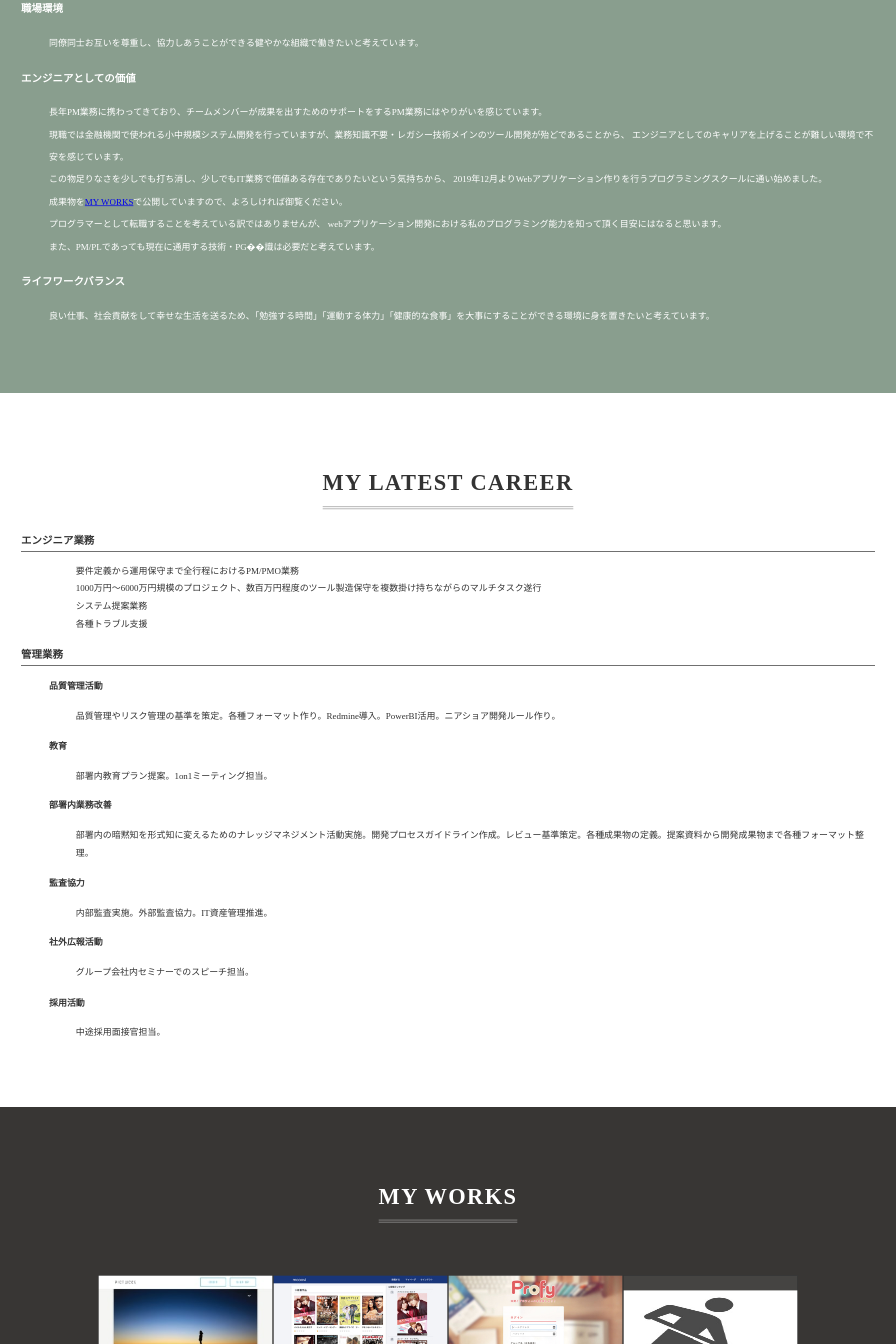
Repository: dackelteckel/myworks
Page: index.html
The author's editor kept a record of every edit. The page is drawn from the files as they stood at one moment, then again after the next edit.
The browser window is 1280 px wide. The pictures show the part of the page from y = 858 to 2778 px (the page is 3160 px tall before and 3192 px after), at 70% of full size.
Backgrounds fixed to the window are drawn as part of the page.

Above is the page before.

### index.html
<!DOCTYPE html>
<html>

<head>
  <meta charset="UTF-8">
  <title>Who I am...</title>
  <link rel="stylesheet" href="normalize.css">
  <link rel="stylesheet" href="style.css">
  <link rel="stylesheet" href="responsive.css">

  <!--<script type="text/javascript" charset="UTF-8">-->
  <!--  $('#contact-form').submit(function(event){-->
      <!--//submit実行を止める-->
  <!--    event.preventDefault();-->
  <!--    var $form = $(this);-->
  <!--    var $button = $form.find('.send-btn');-->
  <!--    $.ajax({-->
  <!--      url:$form.attr('action'),-->
  <!--      type:$form.attr('method'),-->
  <!--      data: $form.serialize(),-->
        <!--//10秒でタイムアウト-->
  <!--      timeout:10000,-->
        <!--//重複送信を避けるためにボタンを無効化-->
  <!--      beforeSend: function(xhr, settings) {-->
  <!--          $button.attr('disabled', true);-->
  <!--      },-->
        <!--//完了後ボタンを押せるように-->
  <!--      complete: function(xhr, textStatus) {-->
  <!--          $button.attr('disabled', false);-->
  <!--      }-->
  <!--    }).done(function(data, textStatus, jqXHR){-->
        <!--// 成功時の処理-->
        <!--//フォームを初期化-->
  <!--      $form[0].reset();-->
  <!--      $(".contact-result").text(data);-->
  <!--      $(".contact-result").slideToggle(200);-->
  <!--      $(".contact-result").delay(3000).slideToggle(200);-->
  <!--    }).fail(function(jqXHR, textStatus, errorThrown){-->
        <!--失敗時の処理-->
  <!--      $(".contact-result").text("エラーが発生しました。ステータス：" + jqXHR.status);-->
  <!--      $(".contact-result").slideToggle(200);-->
  <!--      $(".contact-result").delay(3000).slideToggle(200);-->
  <!--    });-->
  <!--  });-->
  <!--</script>-->
</head>

<body>
  <header class="header">
    <p class="site-title-sub">----- my portfolio -----</p>
    <h1 class="site-title">Who I am...</h1>
    <p class="site-description">check out my career and some of my works.</p>
    <div class="buttons">
      <a class="button" href="#reasons">WHAT I'M LOOKING FOR</a>
      <a class="button" href="#career">LATEST CAREER</a>
      <a class="button" href="#works">MY WORKS</a>
      <!--<a class="button button-orange" href="#contact">SEND MESSAGE</a>-->
      <a class="button button-orange" href="mailto:nrkktok@gmail.com">Drop Me a LINE</a>
    </div>
  </header>

  <section class="reasons" id="reasons">
    <h2 class="heading">3 REASONS WHY I'M LOOKING FOR A NEW JOB</h2>
    <dev class="reasons-text">
      <h3>職場環境</h3>
      <ul>
        <li>同僚同士お互いを尊重し、協力しあうことができる健やかな組織で働きたいと考えています。</li>
      </ul>
      <h3>エンジニアとしての価値</h3>
      <ul>
        <li>
          長年PM業務に携わってきており、チームメンバーが成果を出すためのサポートをするPM業務にはやりがいを感じています。
        </li>
        <li>
          現職では金融機関で使われる小中規模システム開発を行っていますが、業務知識不要・レガシー技術メインのツール開発が殆どであることから、
          エンジニアとしてのキャリアを上げることが難しい環境で不安を感じています。
        </li>
        <li>
          この物足りなさを少しでも打ち消し、少しでもIT業務で価値ある存在でありたいという気持ちから、
          2019年12月よりWebアプリケーション作りを行うプログラミングスクールに通い始めました。
        </li>
        <li>
          成果物を<a href="#works">MY WORKS</a>で公開していますので、よろしければ御覧ください。
        </li>
        <!--<li class="note">-->
        <li class="note">
          プログラマーとして転職することを考えている訳ではありませんが、
          webアプリケーション開発における私のプログラミング能力を知って頂く目安にはなると思います。<br>
          また、PM/PLであっても現在に通用する技術・PG��識は必要だと考えています。
        </li>
      </ul>
      <h3>ライフワークバランス</h3>
      <ul>
        <li>良い仕事、社会貢献をして幸せな生活を送るため、「勉強する時間」「運動する体力」「健康的な食事」を大事にすることができる環境に身を置きたいと考えています。</li>
      </ul>
    </dev>
  </section>

  <section class="career" id="career">
    <h2 class="heading">MY LATEST CAREER</h2>
    <dev class="career-text">
      <h3>エンジニア業務</h3>
      <ul>
        <li>要件定義から運用保守まで全行程におけるPM/PMO業務</li>
        <li>1000万円〜6000万円規模のプロジェクト、数百万円程度のツール製造保守を複数掛け持ちながらのマルチタスク遂行</li>
        <Li>システム提案業務</Li>
        <Li>各種トラブル支援</Li>
      </ul>
      <h3>管理業務</h3>
      <ul>
        <h4>品質管理活動</h4>
        <li>品質管理やリスク管理の基準を策定。各種フォーマット作り。Redmine導入。PowerBI活用。ニアショア開発ルール作り。</li>
        <h4>教育</h4>
        <li>部署内教育プラン提案。1on1ミーティング担当。</li>
        <h4>部署内業務改善</h4>
        <li>部署内の暗黙知を形式知に変えるためのナレッジマネジメント活動実施。開発プロセスガイドライン作成。レビュー基準策定。各種成果物の定義。提案資料から開発成果物まで各種フォーマット整理。</li>
        <h4>監査協力</h4>
        <li>内部監査実施。外部監査協力。IT資産管理推進。</li>
        <h4>社外広報活動</h4>
        <li>グループ会社内セミナーでのスピーチ担当。</li>
        <h4>採用活動</h4>
        <li>中途採用面接官担当。</li>
      </ul>
    </dev>
  </section>

  <section class="works" id="works">
    <h2 class="heading">MY WORKS</h2>
    <div class="works-wrapper">
      <div class="work-box">
        <a href="https://dackelteckelpictweet.herokuapp.com/" target="_blank" rel="noopener noreferrer"><img class="work-image" src="images/pictweet.jpg"></a>
        <div class="work-description">
          <p>Pictweet<p>
          <p>写真共有サイト</p>
          <p>webアプリケーションをゼロから構築</p>
        </div>
      </div>

      <div class="work-box">
        <a href="https://dackelteckelmooovi.herokuapp.com/" target="_blank" rel="noopener noreferrer"><img class="work-image" src="images/mooovi.jpg"></a>
        <div class="work-description">
          <p>Mooovi<p>
          <p>映画レビュー投稿サイト</p>
          <p>スクレイピングを学習</p>
        </div>
      </div>

      <div class="work-box">
        <a href="https://dackelteckelprofy.herokuapp.com/" target="_blank" rel="noopener noreferrer"><img class="work-image" src="images/profy.jpg"></a>
        <div class="work-description">
          <p>Profy<p>
          <p>自己紹介サイト</p>
          <p>メールによる認証機能を学習</p>
        </div>
      </div>
      <div class="work-box">
        <img class="work-image" src="images/wip.jpg" height="128">
        <div class="work-description">
          <p>SimpleReader<p>
          <p>読書管理サイト</p>
          <p>APIを使った外部データ取得を学習</p>
        </div>
      </div>
    </div>
  </section>

  <!--<section class="contact" id="contact">-->
    <!--<h2 class="heading">DROP ME A LINE</h2>-->
    <!--<form class="contact-form" id="contact-form" action="contact.php" method="post">-->
    <!--  <input type="text" name="name" placeholder="NAME" required>-->
    <!--  <input type="email" name="email" placeholder="E-MAIL ADDRESS" required>-->
    <!--  <textarea name="message" placeholder="MESSAGE"></textarea>-->
    <!--  <textarea type="text" name="message" placeholder="MESSAGE" required></textarea>-->
    <!--  <input type="submit" value="SEND" class="send-btn" id="submit">-->
    <!--  <input type="submit" value="SEND" class="send-btn" id="submit">-->
    <!--</form>-->
  <!--</section>-->
</body>
</html>

### style.css
* {
  box-sizing: border-box;
  list-style: none;
}

body {
  color: #fff;
  text-align: center;
  font-size: 0.8rem;
  background: url('images/bg.jpg') fixed;
  background-size: cover;
}

.header {
  padding: 170px 30px 80px;
  /*height: 100vh;*/
  background-color: rgba(0, 0, 128, 0.8);
}

.site-title-sub {
  margin: 0 0 30px;
  color: #888;
  letter-spacing: 1px;
  font-size: 1.2rem;
}

.site-title {
  margin: 50px;
  font-size: 3.5rem;
}

.site-description {
  margin-bottom: 75px;
  color: #888;
  font-size: 1.2rem;
}

.buttons {
  display: flex;
  justify-content: center;
  padding-bottom: 50px
}

.button {
  width: 200px;
  padding: 20px;
  margin: 10px;
  border-radius: 4px;
  background-color: #afa58d;
  color: #fff;
  text-decoration: none;
  letter-spacing: 1px;
  font-size: 0.7rem;
}

.button:hover {
  opacity: 0.9;
}

.button-orange {
  background-color: #f1b400;
}

.heading {
  display: inline-block;
  margin: 30px 0 15px;
  padding-bottom: 15px;
  letter-spacing: 2px;
  font-size: 2rem;
  border-bottom: double 4px #999;
}

.reasons {
  /*height: 100vh;*/
  /*background-color: #383634;*/
  background-color: rgb(137, 158, 142);
  padding: 80px 30px;
  /*color: #333;  */
}

.reasons-text {
  text-align: left;
  width: 600px;
  margin: 30px auto;
  line-height: 2.5;
}

.reason-text h3 {
  padding-top: 20px;
}

/*.note:before {*/
/*  content: "*";*/
/*}*/

.career {
  /*height: 100vh;*/
  background-color: #ffffff;
  padding: 80px 30px;
  color: #333;
}

.career-text {
  text-align: left;
  width: 600px;
  margin: 30px auto;
  line-height: 2;
}

.career-text h3 {
  border-bottom: 1px solid #333;
}

.career-text li {
  padding-left: 3em;
}

.works {
  height: 100vh;
  background-color: #383634;
  padding: 80px 0 10px;
}

.works-wrapper {
  display: table;
  /*width: 860px;*/
  width: 1000px;
  margin: 60px auto 0;
  table-layout: fixed;
}

.work-box {
  display: table-cell;
  background-color: rgba(100, 100, 100, 0.3);
  border: 1px solid #333;
}

.work-image {
  display: block;
  width: 100%;
}

.work-description {
  margin: 20px 0;
  height: 65px;
}

.work-description .button {
  width: 60%;
  margin-top: 20px;
  padding: 3px;
  display: inline-block;
}

.button-ghost {
  border: 2px solid #fff;
  background-color: rgba(255, 255, 255, 0.15);
}

.contact {
  height: 100vh;
  background-color: rgba(0, 0, 128, 0.8);
  padding: 80px 0 150px;
}


.contact-form {
  width: 50%;
  margin: 50px auto 0;
}

.contact-form input[type=text], .contact-form input[type=email], .contact-form textarea {
  display: block;
  width: 100%;
  margin-bottom: 10px;
  padding: 15px;
  outline: none;
  border: 1px solid rgba(255, 255, 255, 0.8);
  border-radius: 0;
  color: #333;
}

.contact-form textarea {
  height: 150px;
}

.contact-form input[type=submit] {
  display: block;
  width: 200px;
  margin: 40px auto 0;
  padding: 15px;
  border: 1px solid rgba(255, 255, 255, 0.8);
  border-radius: 5px;
  background-color: transparent;
  color: #fff;
  cursor: pointer;
}

.contact-form input[type=submit]:hover {
  background-color: rgba(255, 255, 255, 0.05);
}

Loaded but not shown: normalize.css (library); responsive.css (no copy from this time; the picture is the same without it)

After the next edit:
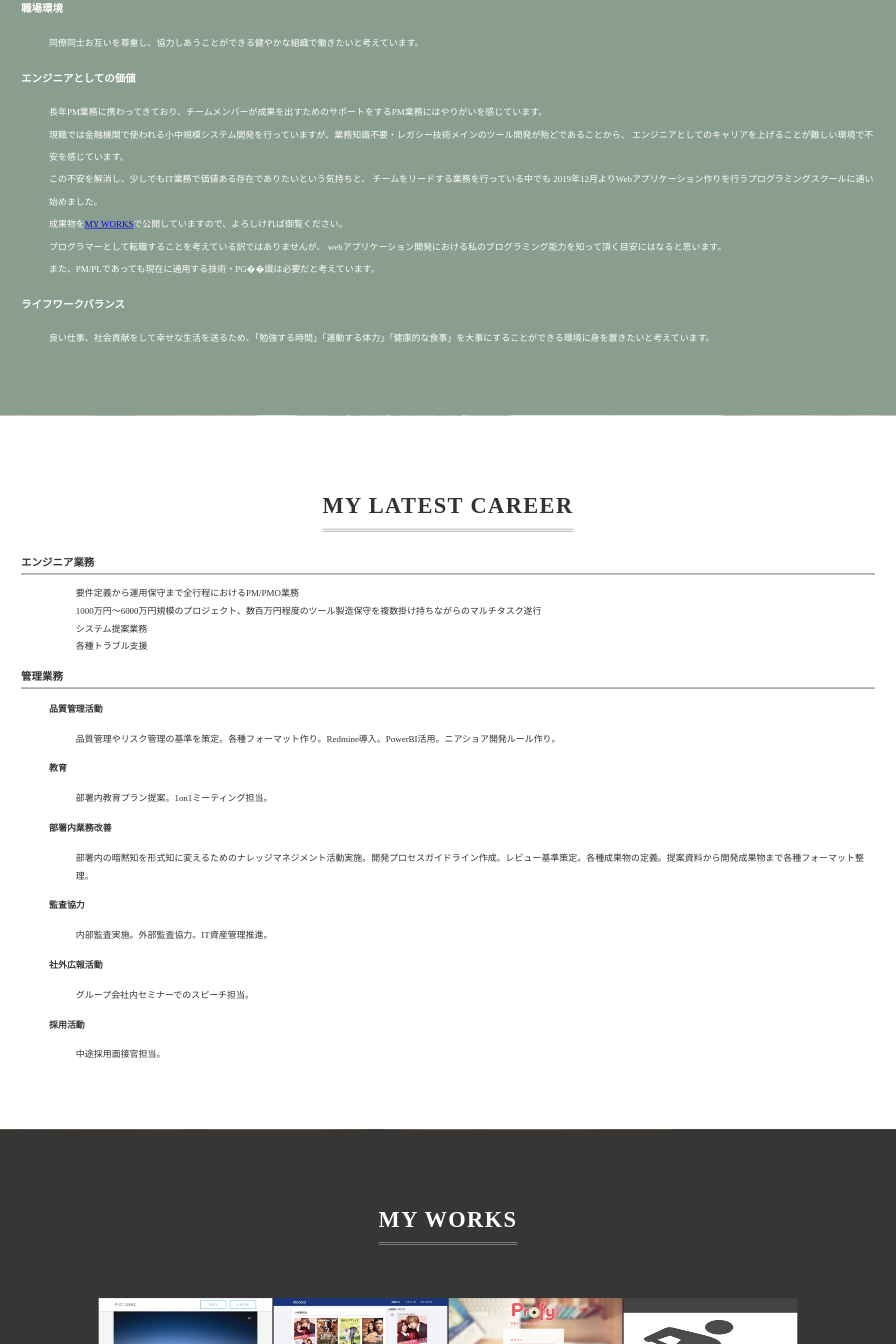
The edit:
--- a/index.html
+++ b/index.html
@@ -76,7 +76,8 @@
           エンジニアとしてのキャリアを上げることが難しい環境で不安を感じています。
         </li>
         <li>
-          この物足りなさを少しでも打ち消し、少しでもIT業務で価値ある存在でありたいという気持ちから、
+          この不安を解消し、少しでもIT業務で価値ある存在でありたいという気持ちと、
+          チームをリードする業務を行っている中でも
           2019年12月よりWebアプリケーション作りを行うプログラミングスクールに通い始めました。
         </li>
         <li>
